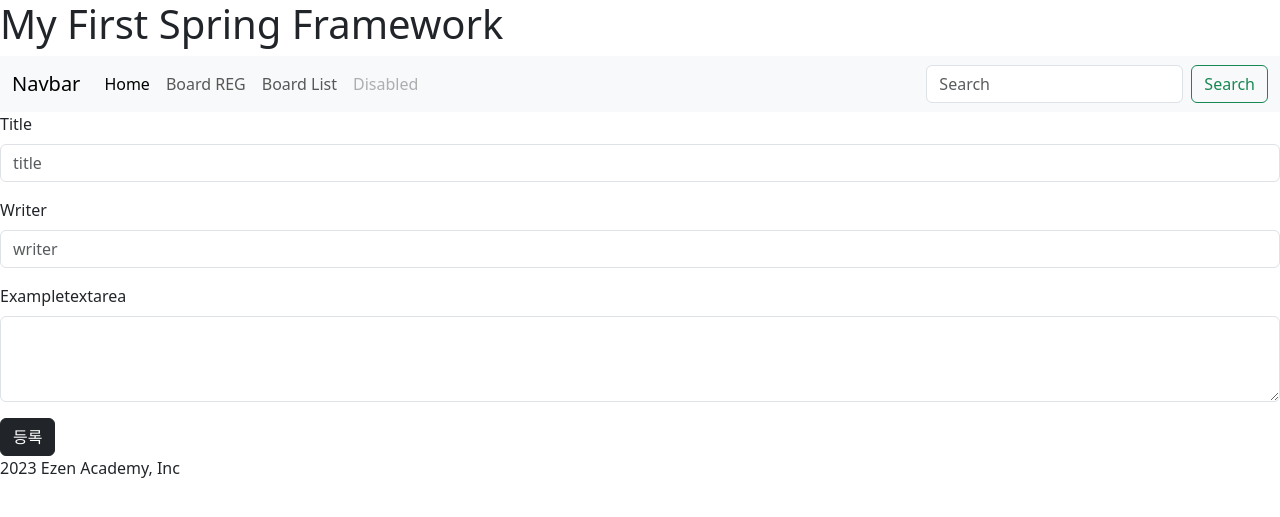
Repository: dfhdfhdfsza/springFinal
Page: http://localhost/springFinal/WEB-INF/views/board/register.jsp
The author's editor kept a copy of each file at every save. The page is drawn from the files as they stood at one save, then again after the next save.
The browser window is 1280 px wide. The pictures show the whole page.
The page is served by Tomcat 9. Nobody is signed in. Other server files are loaded and not shown. The template is opened directly, without the code that normally fills it, so the values that code supplies are empty.

Above is the page before, as saved 2023-10-18 09:55:29.

### springFinal/src/main/webapp/WEB-INF/views/board/register.jsp
<%@ page language="java" contentType="text/html; charset=UTF-8"
	pageEncoding="UTF-8"%>
<!DOCTYPE html>
<html>
<head>
<meta charset="UTF-8">
<title>Register Page</title>
</head>
<body>
	<jsp:include page="../common/header.jsp"></jsp:include>
	<jsp:include page="../common/nav.jsp"></jsp:include>

	<form action="/board/register" method="post">
		<div class="mb-3">
			<label for="exampleFormControlInput1" class="form-label">Title</label> <input
				type="text" class="form-control" id="exampleFormControlInput1"
				placeholder="title" name="title">
		</div>
		<div class="mb-3">
			<label for="exampleFormControlInput1" class="form-label">Writer</label>
			<input type="text" class="form-control"
				id="exampleFormControlInput1" placeholder="writer"
				name="writer">
		</div>
		<div class="mb-3">
			<label for="exampleFormControlTextarea1" class="form-label">
				Exampletextarea </label>
			<textarea class="form-control" id="exampleFormControlTextarea1"
				rows="3" name="content"></textarea>
		</div>
		<button type="submit" class="btn btn-dark">등록</button>
	</form>
<jsp:include page="../common/footer.jsp"></jsp:include>

</body>
</html>

### springFinal/src/main/webapp/WEB-INF/views/common/header.jsp
<%@ page language="java" contentType="text/html; charset=UTF-8"
    pageEncoding="UTF-8"%>
    <%@ taglib prefix="c" uri="http://java.sun.com/jsp/jstl/core" %>
<!DOCTYPE html>
<html>
<head>
<meta charset="UTF-8">
<title>Insert title here</title>
<link href="https://cdn.jsdelivr.net/npm/bootstrap@5.3.1/dist/css/bootstrap.min.css" rel="stylesheet" integrity="sha384-4bw+/aepP/YC94hEpVNVgiZdgIC5+VKNBQNGCHeKRQN+PtmoHDEXuppvnDJzQIu9" crossorigin="anonymous">
<script src="https://cdn.jsdelivr.net/npm/bootstrap@5.3.1/dist/js/bootstrap.bundle.min.js" integrity="sha384-HwwvtgBNo3bZJJLYd8oVXjrBZt8cqVSpeBNS5n7C8IVInixGAoxmnlMuBnhbgrkm" crossorigin="anonymous"></script>
</head>
<body>
	<h1>My First Spring Framework</h1>

</body>
</html>

### springFinal/src/main/webapp/WEB-INF/views/common/nav.jsp
<%@ page language="java" contentType="text/html; charset=UTF-8"
	pageEncoding="UTF-8"%>
<!DOCTYPE html>
<html>
<head>
<meta charset="UTF-8">
<title>Insert title here</title>
</head>
<body>
	<nav class="navbar navbar-expand-lg bg-body-tertiary">
		<div class="container-fluid">
			<a class="navbar-brand" href="#">Navbar</a>
			<button class="navbar-toggler" type="button"
				data-bs-toggle="collapse" data-bs-target="#navbarSupportedContent"
				aria-controls="navbarSupportedContent" aria-expanded="false"
				aria-label="Toggle navigation">
				<span class="navbar-toggler-icon"></span>
			</button>
			<div class="collapse navbar-collapse" id="navbarSupportedContent">
				<ul class="navbar-nav me-auto mb-2 mb-lg-0">
					<li class="nav-item"><a class="nav-link active" aria-current="page" href="/">Home</a></li>
					<li class="nav-item"><a class="nav-link" href="/board/register">Board REG</a></li>
					<li class="nav-item"><a class="nav-link" href="/board/list">Board List</a></li>
					<li class="nav-item"><a class="nav-link disabled"
						aria-disabled="true">Disabled</a></li>
				</ul>
				<form class="d-flex" role="search">
					<input class="form-control me-2" type="search" placeholder="Search"
						aria-label="Search">
					<button class="btn btn-outline-success" type="submit">Search</button>
				</form>
			</div>
		</div>
	</nav>
</body>
</html>

### springFinal/src/main/webapp/WEB-INF/views/common/footer.jsp
<%@ page language="java" contentType="text/html; charset=UTF-8"
    pageEncoding="UTF-8"%>
<!DOCTYPE html>
<html>
<head>
<meta charset="UTF-8">
<title>Insert title here</title>
</head>
<body>
	<p>2023 Ezen Academy, Inc</p>
</body>
</html>

After the next save:
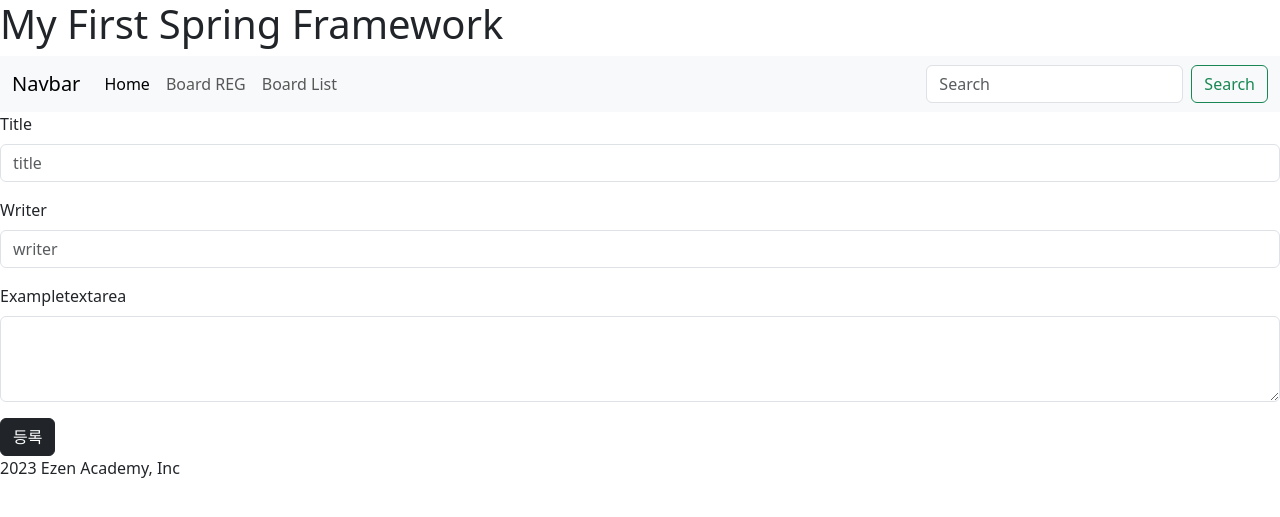
Saved 32 s later.
--- a/springFinal/src/main/webapp/WEB-INF/views/common/nav.jsp
+++ b/springFinal/src/main/webapp/WEB-INF/views/common/nav.jsp
@@ -21,8 +21,6 @@
 					<li class="nav-item"><a class="nav-link active" aria-current="page" href="/">Home</a></li>
 					<li class="nav-item"><a class="nav-link" href="/board/register">Board REG</a></li>
 					<li class="nav-item"><a class="nav-link" href="/board/list">Board List</a></li>
-					<li class="nav-item"><a class="nav-link disabled"
-						aria-disabled="true">Disabled</a></li>
 				</ul>
 				<form class="d-flex" role="search">
 					<input class="form-control me-2" type="search" placeholder="Search"
